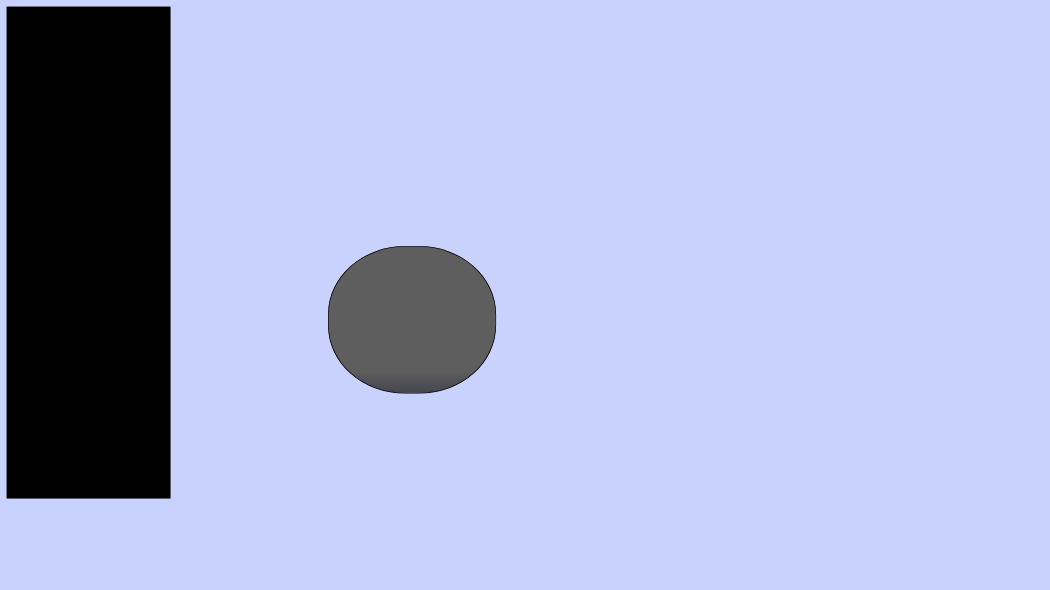
Repository: Lungdjos/cat_painting
Page: index.html
These files come from the project's save history. The page is drawn as it stood at one moment and after a run of saves; the edit follows.
The browser window is 1280 px wide. The pictures show the whole page, at 82% of full size.

Above is the page before, as saved 2023-11-06 22:16:31.

### index.html
<!DOCTYPE html>
<html lang="en">

<head>
    <meta charset="UTF-8">
    <meta name="viewport" content="width=device-width, initial-scale=1.0">
    <title>fCC Cat Painting</title>
    <link rel="stylesheet" href="./styles.css">
</head>

<body>
    <main>
        <div class="cat-head">

        </div>
        <div class="box"></div>
    </main>

</body>

</html>

### styles.css
/* Styling the document */

* {
    box-sizing: border-box;
}

body {
    background-color: #c9d2fc;
}

.cat-head {
    width: 205px;
    height: 180px;
    border: 1px solid #000;
    border-radius: 46%;
    background: linear-gradient(#5e5e5e 85%, #45454f 100%);
    position: absolute;
    top: 300px;
    left: 400px;
}

.box {
    width: 200px;
    height: 600px;
    background-color: #000;
    position: absolute;
    top:
}

After the next 3 saves:
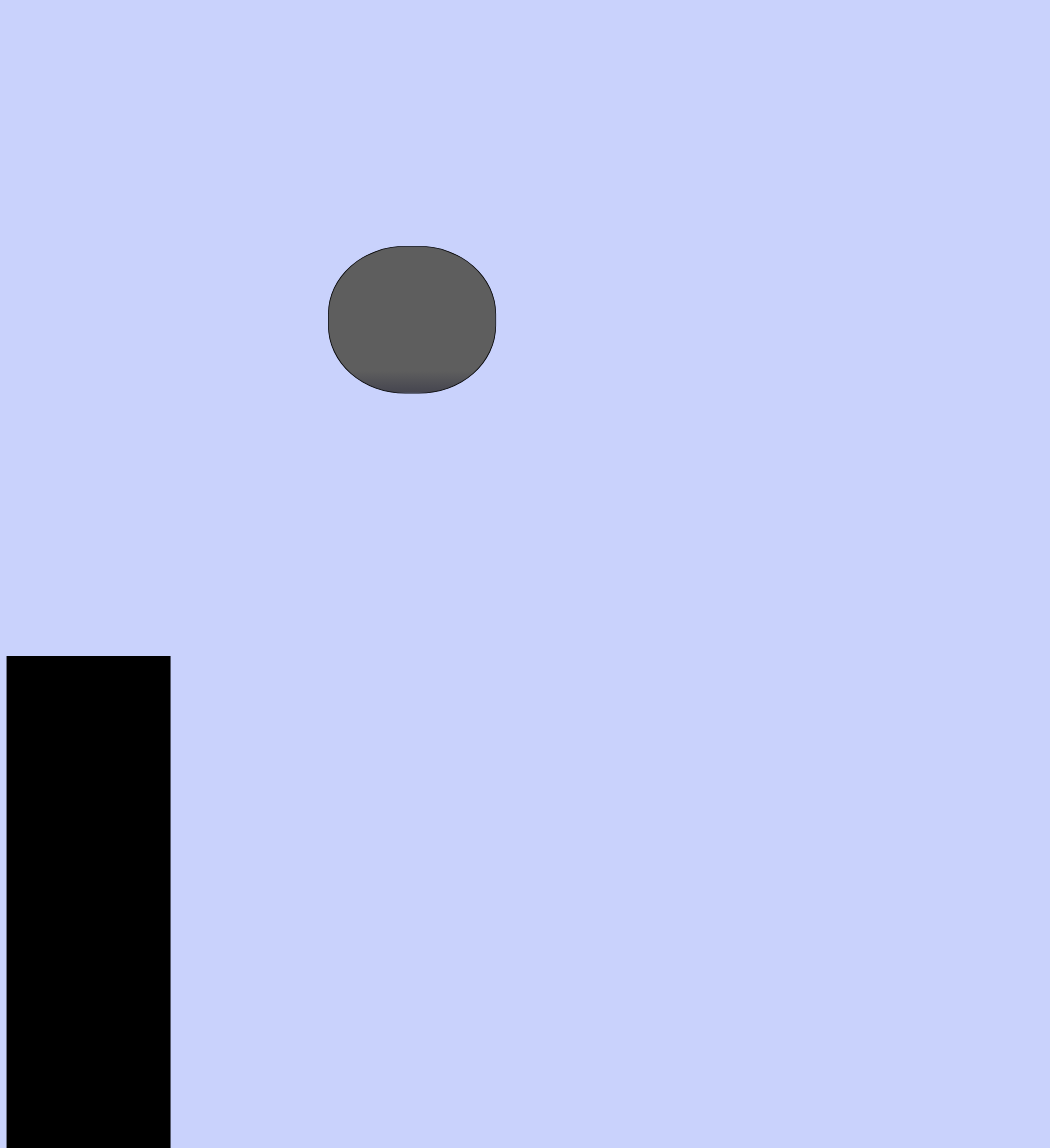
The 3 saves are shown as one change because they came seconds apart.
The last was saved 14 s later.
--- a/styles.css
+++ b/styles.css
@@ -24,5 +24,5 @@
     height: 600px;
     background-color: #000;
     position: absolute;
-    top:
+    top: 800px;
 }
